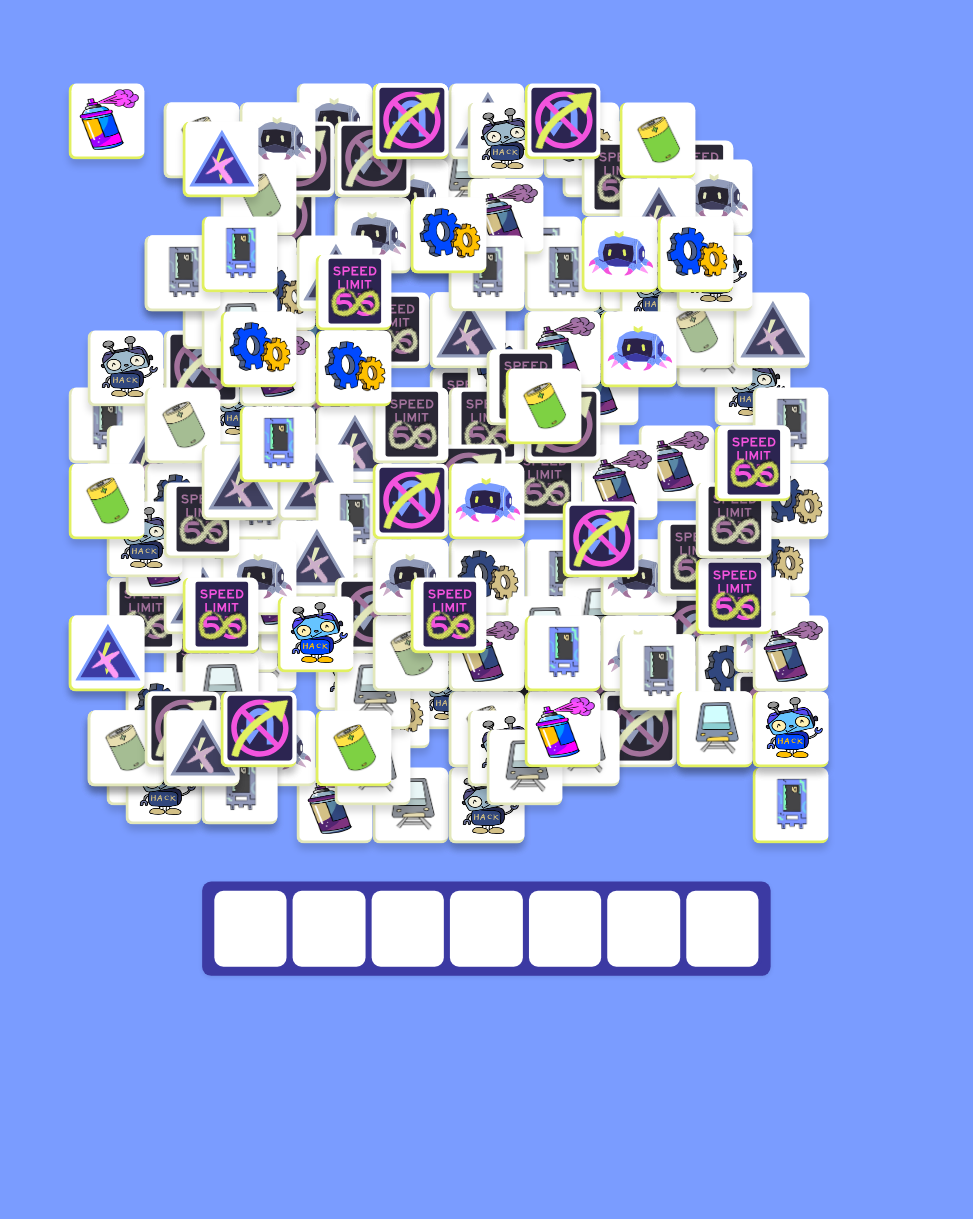
Repository: Avril-Cui/hack-puzzle
Page: / (app in client/)
The author's editor kept a copy of each file at every save. The page is drawn from the files as they stood at one save, then again after a run of saves.
The browser window is 1280 px wide. The pictures show the whole page, at 76% of full size.
The project was rebuilt for these pictures with package versions that can differ from the ones it lists, and the page was loaded fresh each time. The framework's server and built-in components were replaced by stand-ins that run in the browser. Also part of the build but not shown: client/next.config.ts.

Above is the page before, as saved 2025-06-11 20:35:31.

After the next 3 saves:
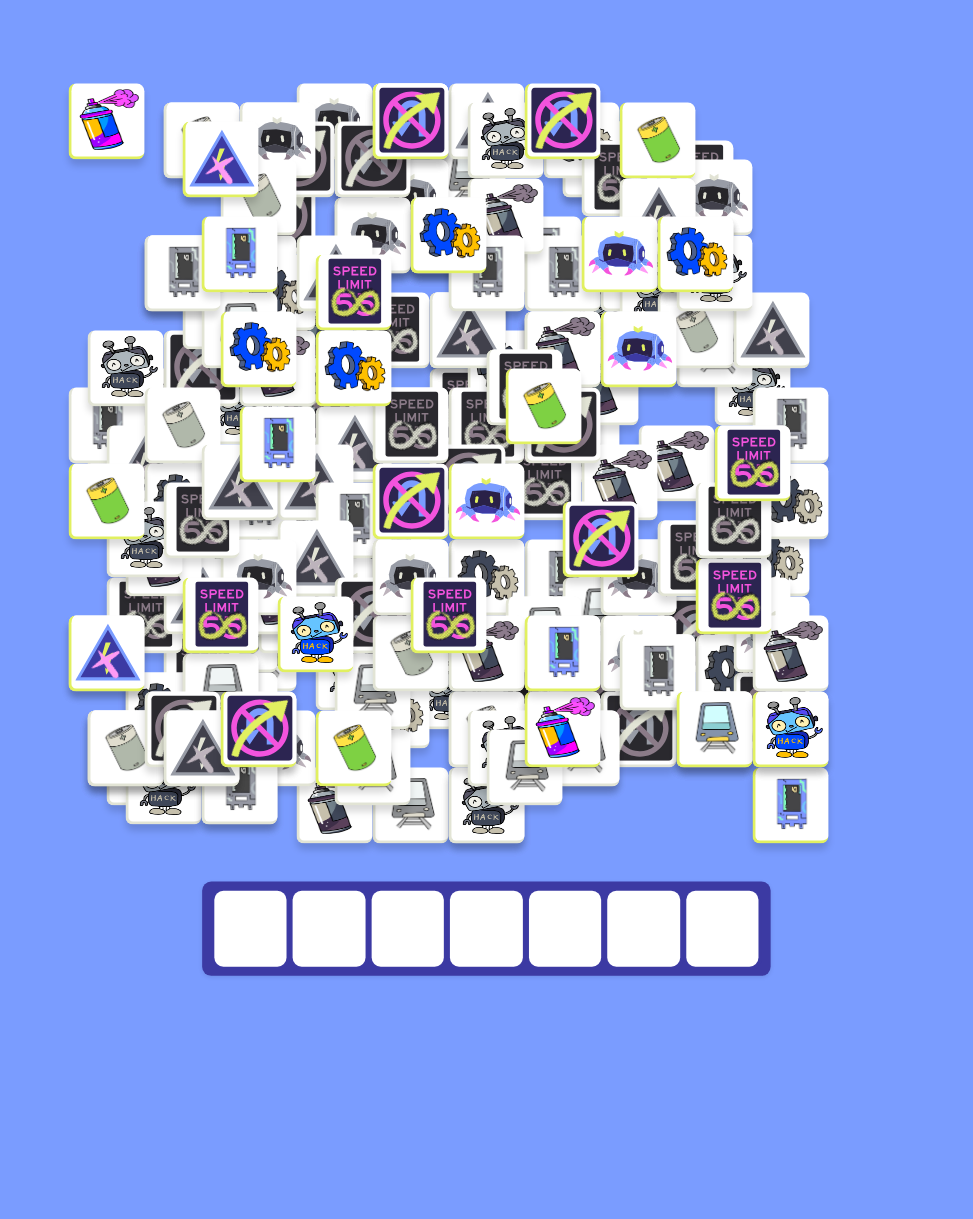
The 3 saves are shown as one change because they came seconds apart.
The last was saved 11 s later.
--- a/client/components/Game.module.css
+++ b/client/components/Game.module.css
@@ -94,6 +94,6 @@
 }
 
 .inactive {
-  filter: saturate(30%);
+  filter: saturate(10%);
   pointer-events: none;
 }
